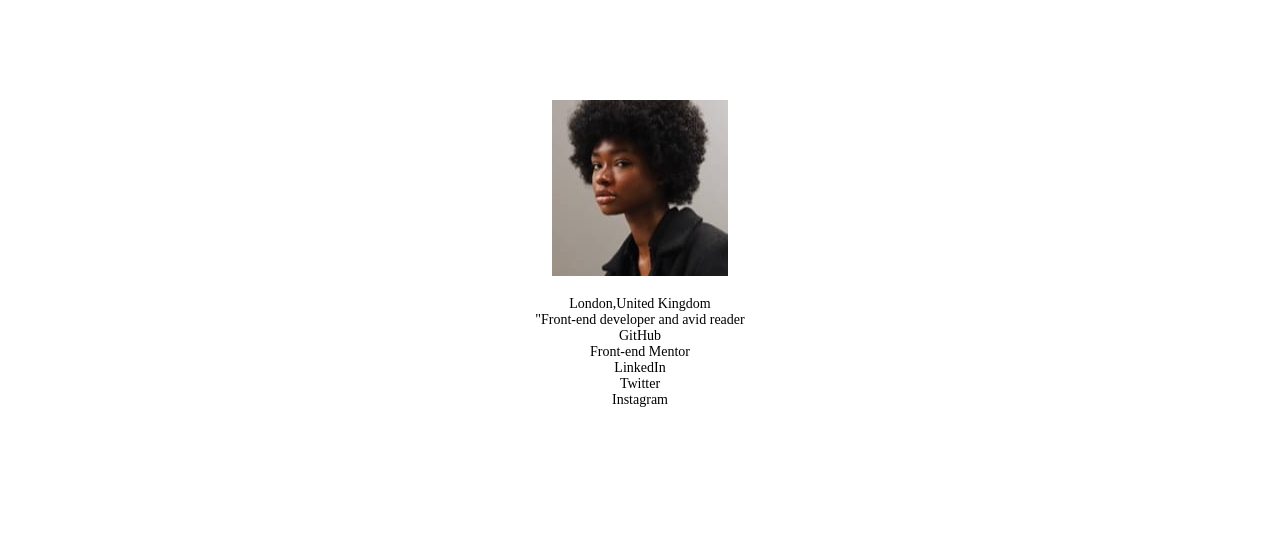
Repository: JosephAbatan05/Social-links-profile
Page: social-links-profile-main/index.html
The author's editor kept a copy of each file at every save. The page is drawn from the files as they stood at one save, then again after the next save.
The browser window is 1280 px wide. The pictures show the whole page.

Above is the page before, as saved 2025-01-23 14:00:40.

### social-links-profile-main/index.html
<!DOCTYPE html>
<html lang="en">
<head>
  <meta charset="UTF-8">
  <meta name="viewport" content="width=device-width, initial-scale=1.0"> <!-- displays site properly based on user's device -->

  <link rel="icon" type="image/png" sizes="32x32" href="./assets/images/favicon-32x32.png">

  <title>Frontend Mentor | Social links profile</title>
<link rel="stylesheet" href="styles.css">

  <!-- Feel free to remove these styles or customise in your own stylesheet 👍 --<style>
    .attribution { font-size: 11px; text-align: center; }
    .attribution a { color: hsl(228, 45%, 44%); }
  </style>
</head>
<body>

  Jessica Randall
  London, United Kingdom
  "Front-end developer and avid reader."

  GitHub
  Frontend Mentor
  LinkedIn
  Twitter
  Instagram

  <div class="attribution">
    Challenge by <a href="https://www.frontendmentor.io?ref=challenge" target="_blank">Frontend Mentor</a>.
    Coded by <a href="#">Your Name Here</a>.
  </div>
-->

<div class="container">
  <img src="assets\images\avatar-jessica.jpeg" >

<div id="name">Jessica Randall</div>
<div class="description">London,United Kingdom</div>
<div class="about">"Front-end developer and avid reader</div>
<div class="fa-links-container">
  <div class="Github">GitHub</div>
  <div class="Frontend Mentor">Front-end Mentor</div>



  <div class="LinkedIn">LinkedIn</div>





  <div class="Frontend Mentor">Twitter</div>

  <div class="Instagramr">Instagram</div>

</div>


</div>

</body>
</html>

### social-links-profile-main/styles.css
body{
    margin:0;
    padding:0;
    box-sizing: border-box;
}
.container{
    text-align: center;
    margin: 0 auto;
    padding:  100px;
    font-size:14px;
}
.img{
    border-radius:50%;
    margin-bottom: 20px;

}
.container #name{
    color:white;
}

After the next save:
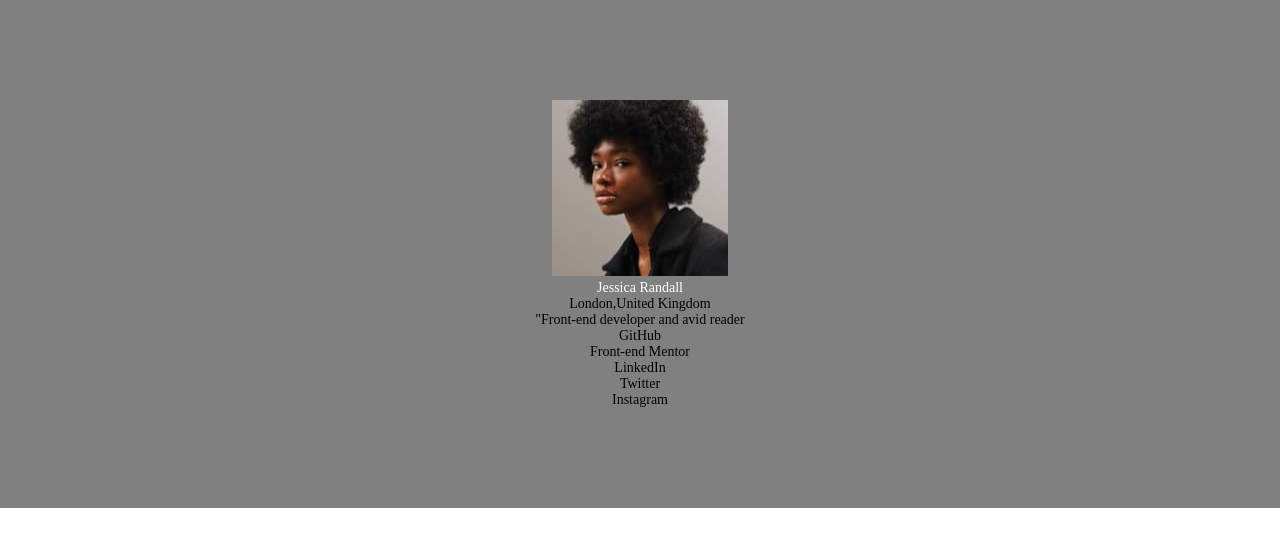
Saved 20 s later.
--- a/social-links-profile-main/styles.css
+++ b/social-links-profile-main/styles.css
@@ -8,6 +8,7 @@ body{
     margin: 0 auto;
     padding:  100px;
     font-size:14px;
+    background-color: grey;
 }
 .img{
     border-radius:50%;
